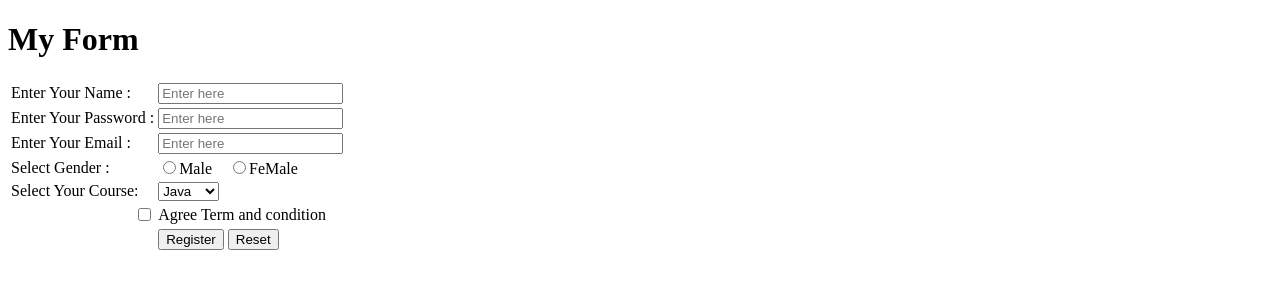
Repository: Kamleshmaury/CoreJava
Page: RegistrationForm/src/main/webapp/index.html
These files come from the project's save history. The page is drawn as it stood at one moment and after the next save; the edit follows.
The browser window is 1280 px wide. The pictures show the whole page.

Above is the page before, as saved 2022-10-18 09:06:57.

### RegistrationForm/src/main/webapp/index.html
<!DOCTYPE html>
<html>
<head>
<meta charset="UTF-8">
<title>Registration Form</title>

		<style>
			.container{

			}

		</style>

</head>
<body>
	<div class="container">
		<h1>My Form</h1>
		<form action="RegistrationServlet" method="post">
			<table>
				<tr>
					<td>Enter Your Name : </td>
					<td> <input type ="text" name="name" placeholder="Enter here"></td>
				</tr>
				<tr>
					<td>Enter Your Password : </td>
					<td> <input type ="password" name="password" placeholder="Enter here"></td>
				</tr>
				<tr>
					<td>Enter Your Email : </td>
					<td> <input type ="email" name="email" placeholder="Enter here"></td>
				</tr>
				<tr>
					<td>Select Gender : </td>
					<td><input type="radio" name="gender" value="male">Male &nbsp; &nbsp;<input type="radio" name="gender" value="female">FeMale </td>
				</tr>

				<tr>
					<td>Select Your Course:</td>
					<td>
						<select name="course">
							<option value="java">Java</option>
							<option value="c++">C++</option>
							<option value="Spring">Spring</option>
							<option value="Mysql">MySql</option>
						</select>
					</td>
				</tr>

				<tr>
					<td style="text-align:right">
						<input type="checkbox" value="checked" name="condition"/>
					</td>
					<td>Agree Term and condition</td>
				</tr>
				<tr>

					<td>

					</td>
					<td>
						<button type="submit">Register </button>
					 	<button type="reset">Reset </button>
					 </td>
				</tr>
			</table>

		</form>
	</div>
</body>
</html>

After the next save:
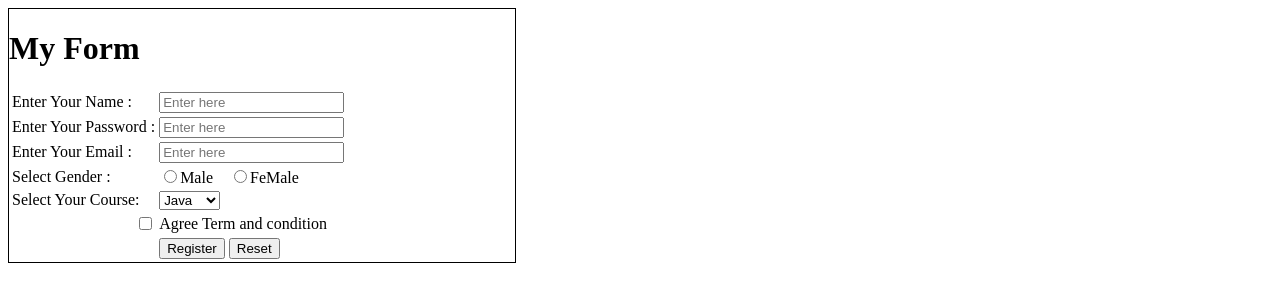
Saved 46 s later.
--- a/RegistrationForm/src/main/webapp/index.html
+++ b/RegistrationForm/src/main/webapp/index.html
@@ -6,6 +6,8 @@
 
 		<style>
 			.container{
+				width: 40%;
+				border: 1px solid;
 
 			}
 
